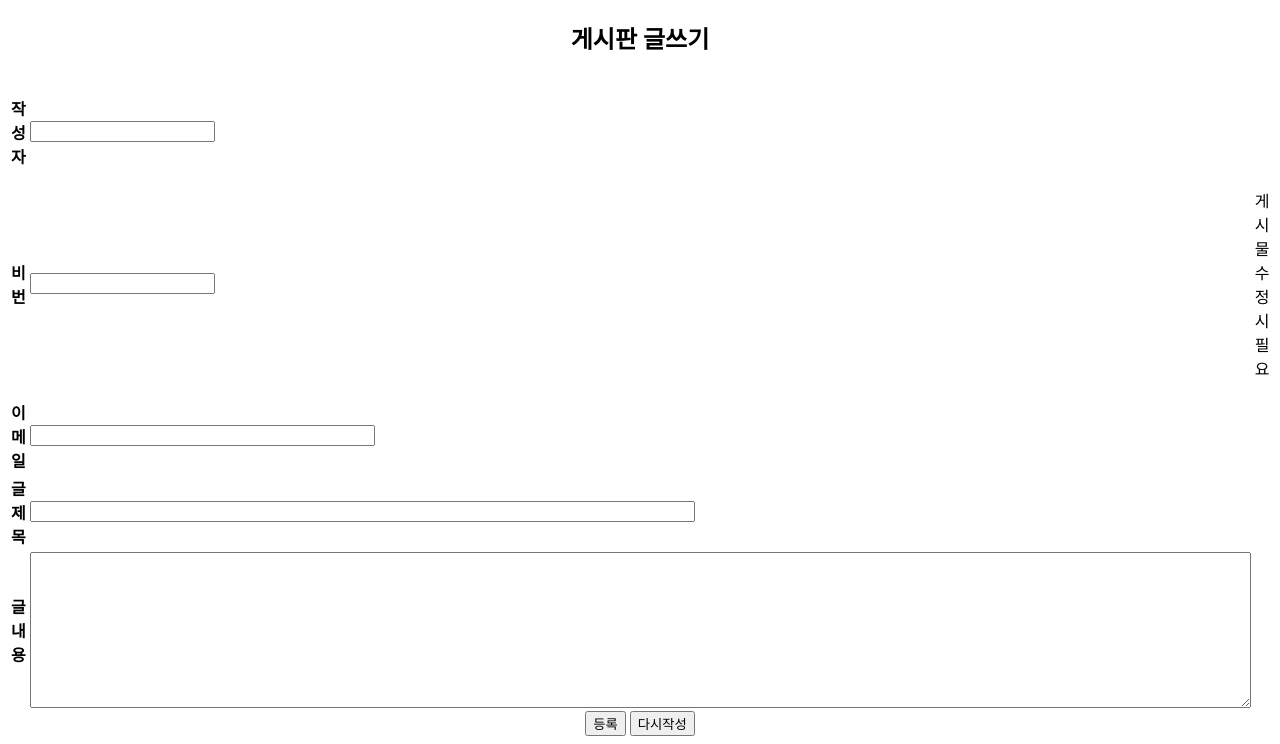
Repository: supremehappy/JSP_test02
Page: http://localhost/test/JSP_Test_06_1_boardWriteForm.jsp
These files come from the project's save history. The page is drawn as it stood at one moment and after the next save; the edit follows.
The browser window is 1280 px wide. The pictures show the whole page.
The page is served by Tomcat 9.

Above is the page before, as saved 2017-07-17 07:20:57.

After the next save:
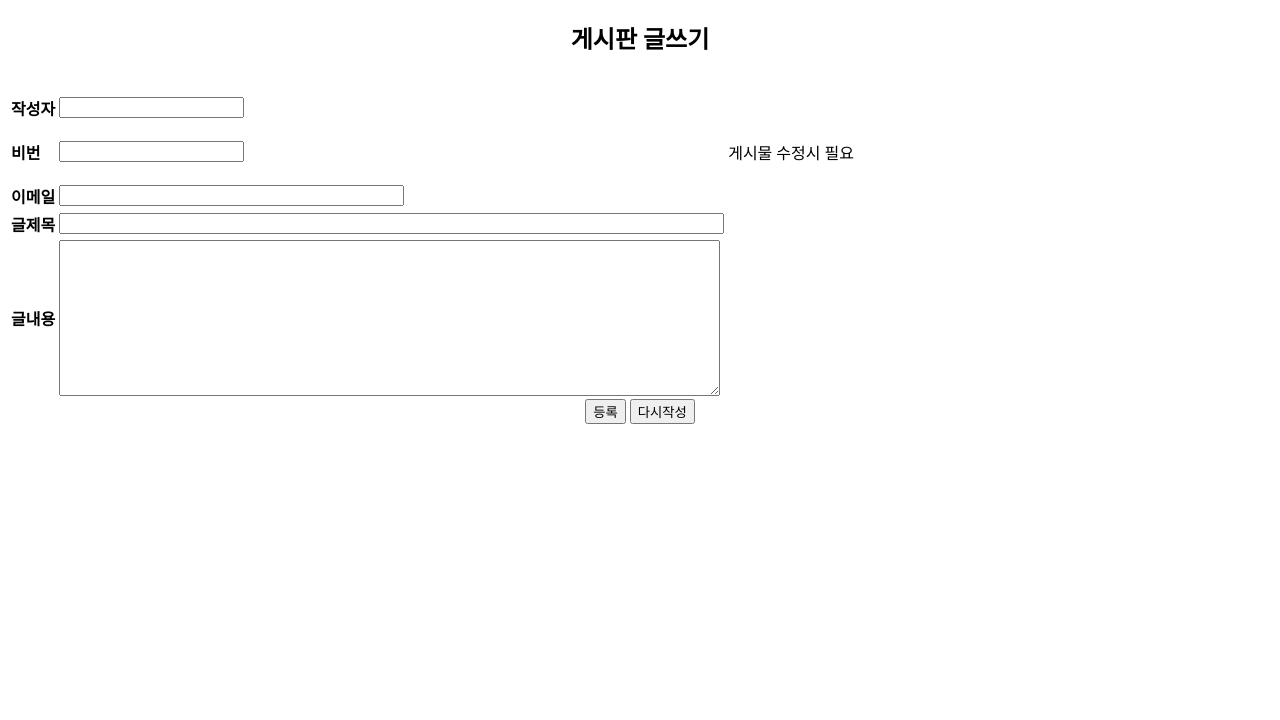
Saved 8 s later.
--- a/test/WebContent/JSP_Test_06_1_boardWriteForm.jsp
+++ b/test/WebContent/JSP_Test_06_1_boardWriteForm.jsp
@@ -38,7 +38,7 @@
 		</tr>
 		<tr>
 			<td><label><b>글내용		</b></label></td>
-			<td><textarea rows="10" cols="150" name="comment"  ></textarea></td>
+			<td><textarea rows="10" cols="80" name="comment"  ></textarea></td>
 		</tr>
 	</table>
 	<div>
